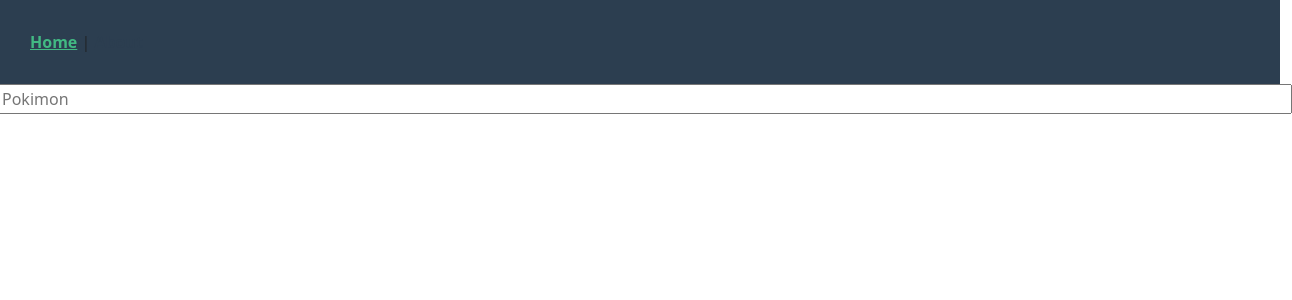
Repository: arif286/PokeDex-website
Page: /
An editor plug-in stored every save of this project. The page is shown before and after the next save, followed by the edit.
The browser window is 1280 px wide. The page is 1292 px wide, then 1280 px, so the pictures cover 1292 px, including what lies to the right of the window. The pictures show the whole page.
The page's requests for data from a server got no answer. The project was rebuilt for these pictures with package versions that can differ from the ones it lists, and the page was loaded fresh each time. No one was signed in, and anything a server would have sent is missing.

Above is the page before, as saved 2021-06-03 13:38:54.

After the next save:
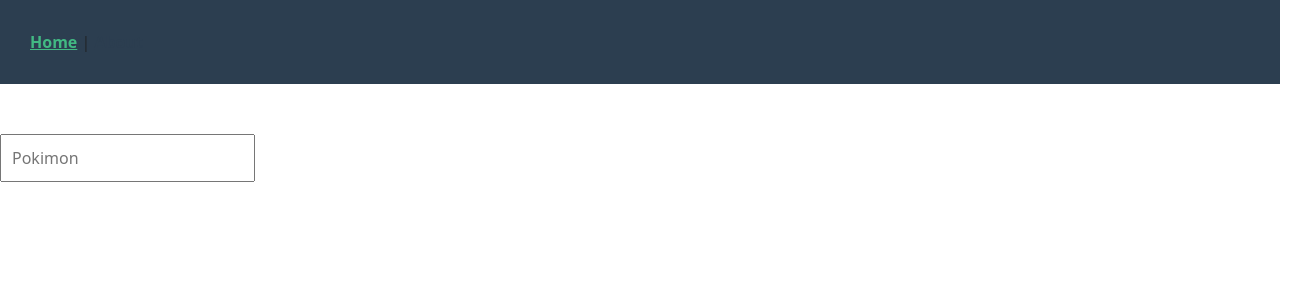
Saved 9 s later.
--- a/src/views/Home.vue
+++ b/src/views/Home.vue
@@ -1,5 +1,5 @@
 <template>
-  <div class="row">
+  <div class="home">
     <input @keyup="update" type="text" :placeholder="serach" />
   </div>
   <div class="container">
